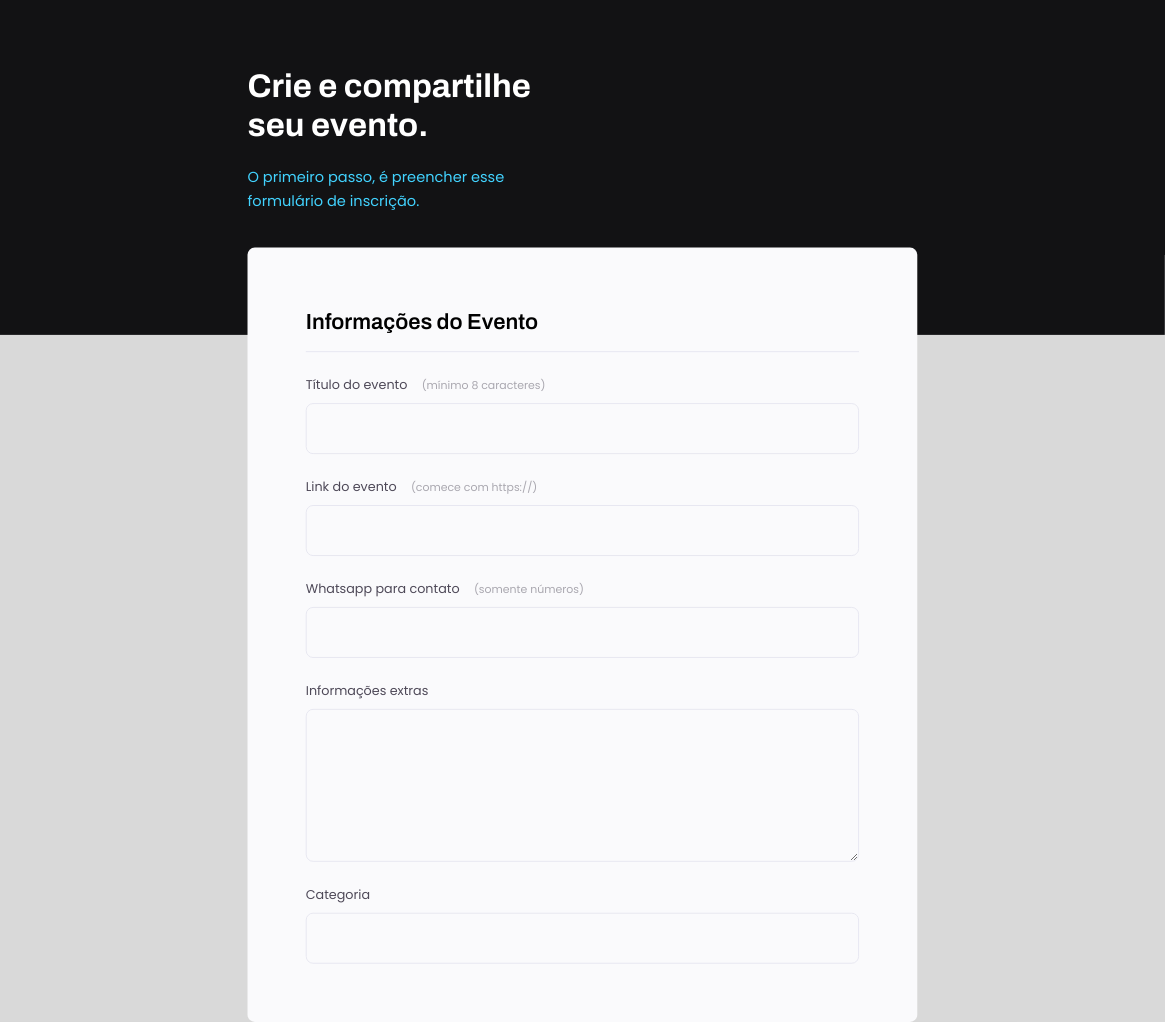
Repository: devMuriloOliveira/Formulario
Page: index.html
The author's editor kept a copy of each file at every save. The page is drawn from the files as they stood at one save, then again after the next save.
The browser window is 1280 px wide. The pictures show the whole page, at 91% of full size.

Above is the page before, as saved 2023-11-02 20:43:34.

### index.html
<!DOCTYPE html>
<html lang="en">
  <head>
    <link rel="preconnect" href="https://fonts.googleapis.com" />
    <link rel="preconnect" href="https://fonts.gstatic.com" crossorigin />
    <meta charset="UTF-8" />
    <meta name="viewport" content="width=device-width, initial-scale=1.0" />
    <title>Crie seu evento</title>
    <link rel="stylesheet" href="style.css" />

    <link
      href="https://fonts.googleapis.com/css2?family=Archivo:wght@600;700&family=Poppins&display=swap"
      rel="stylesheet"
    />
  </head>
  <body>
    <div class="page">
      <header>
        <h1>Crie e compartilhe seu evento.</h1>
        <p>O primeiro passo, é preencher esse formulário de inscrição.</p>
      </header>

      <form>
        <fieldset>
          <div class="fieldset-wrapper">
            <legend>Informações do Evento</legend>

            <div class="input-wrapper">
              <label for="event-title">
                Título do evento <span>(mínimo 8 caracteres)</span>
              </label>
              <input type="text" id="event-title" />
            </div>

            <div class="input-wrapper">
              <label for="event-link">
                Link do evento <span>(comece com https://)</span>
              </label>
              <input type="url" id="event-link" />
            </div>

            <div class="input-wrapper">
              <label for="event-whatsapp">
                Whatsapp para contato <span>(somente números)</span>
              </label>
              <input type="number" id="event-whatsapp" />
            </div>

            <div class="input-wrapper">
              <label for="event-info">Informações extras</label>
              <textarea id="event-info"></textarea>
            </div>

            <div class="input-wrapper">
              <label for="event-whatsapp"> Categoria </label>
              <input type="number" id="event-whatsapp" />
            </div>
          </div>
        </fieldset>
      </form>
    </div>
  </body>
</html>

### style.css
*{
  padding: 0;
  margin: 0;
  box-sizing: border-box;
}

body, input, button, select, textarea{
  font-family: 'Poppins', sans-serif;
}

body{
  background-color: #D9D9D9;
}

body::before{
  content: '';
  width: 100%;
  height: 368px;

  position: absolute;
  top: 0;
  left: 0;
  z-index: -1;
  background: #121214;
}

.page{
  width: 736px;
  margin: auto;
}

header{
  width: 319px;
  margin-top: 74px;

}

header h1{
  font-family: 'Archivo', sans-serif;
  font-weight: bold;

  font-size: 36px;
  line-height: 42px;
  color: white;

  margin-bottom: 24px;
}

header p{
  color: #42D3FF;
  font-size: 16px;
  line-height: 26px;
}

form{
  margin-top: 38px;
  background: #FAFAFC;

  border-radius: 8px;
  min-height: 300px;

  padding: 64px;
}

fieldset{
  border: none;
}

.fieldset-wrapper{
  display: flex;
  flex-direction: column;
  gap: 24px;
}


fieldset legend{
  font-family: 'Archivo';
  font-weight: 600;
  font-size: 24px;
  line-height: 34px;

  width: 100%;
  border-bottom: 1px solid #E6E6F0;

  padding-bottom: 16px;
}

.input-wrapper{
  display: flex;
  flex-direction: column;
}

.input-wrapper label{
  font-size: 14px;
  line-height: 24px;

  color: #4E4958;
  margin-bottom: 8px;
}

.input-wrapper label span{
  margin-left: 12px;

  line-height: 20px;
  font-size: 12px;
  color: #a9a7af;
}

.input-wrapper label span:hover{
  color: #6c6a71;
}

.input-wrapper input, .input-wrapper textarea{
  background: #FAFAFC;

  border: 1px solid #E6E6F0;
  border-radius: 8px;
  height: 56px;

  padding: 0 24px;
  font-size: 16px;

  line-height: 26px;

  color: #6C6A71;
}

.input-wrapper textarea{
 padding: 0;
 height: 168px;


}

After the next save:
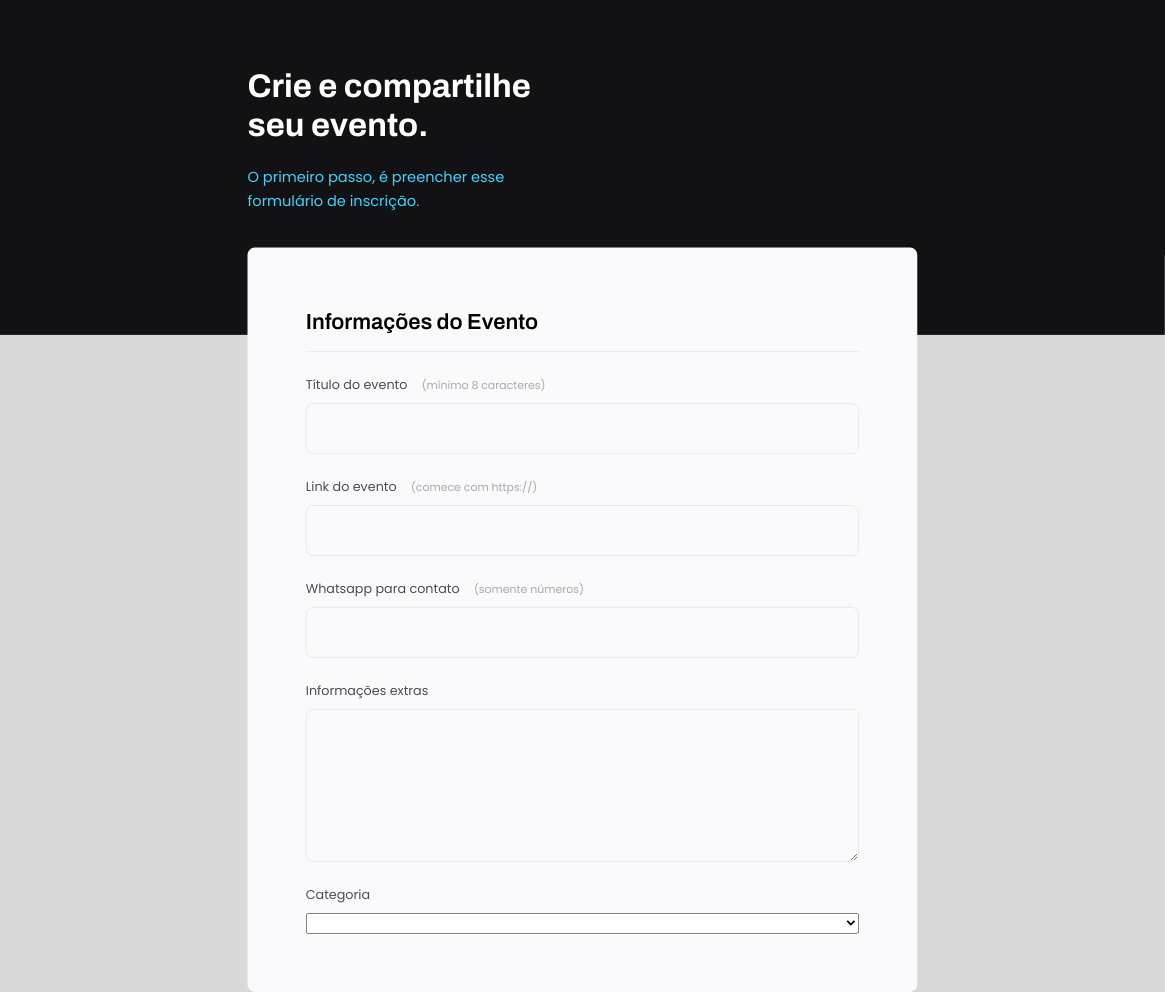
Saved 28 s later.
--- a/index.html
+++ b/index.html
@@ -53,7 +53,7 @@
 
             <div class="input-wrapper">
               <label for="event-whatsapp"> Categoria </label>
-              <input type="number" id="event-whatsapp" />
+              <select id=""></select>
             </div>
           </div>
         </fieldset>
